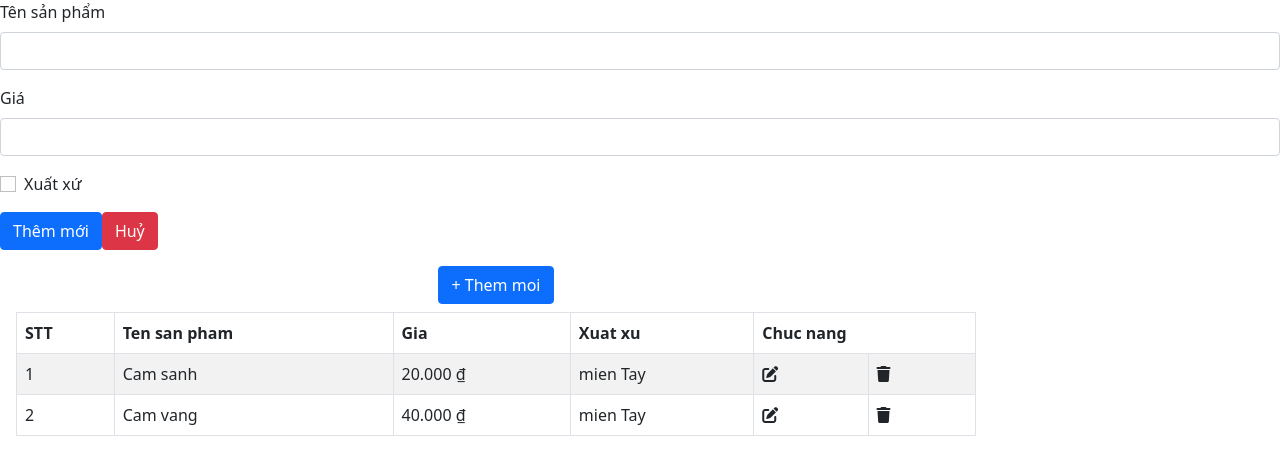
Repository: TinhTT336/MD02_Session12
Page: / (app in client/), after clicking the first element matching `button.btn`
An editor plug-in stored every save of this project. The page is shown before and after the next save, followed by the edit.
The browser window is 1280 px wide. The pictures show the whole page.
The project was rebuilt for these pictures with package versions that can differ from the ones it lists, and the page was loaded fresh each time. Requests to the local data server were answered from the project's data file. Also part of the build but not shown: client/vite.config.js, client/src/App.css, client/src/components/admin/manager-product/product.css, client/src/index.css.

Above is the page before, as saved 2023-09-11 14:00:07.

After the next save:
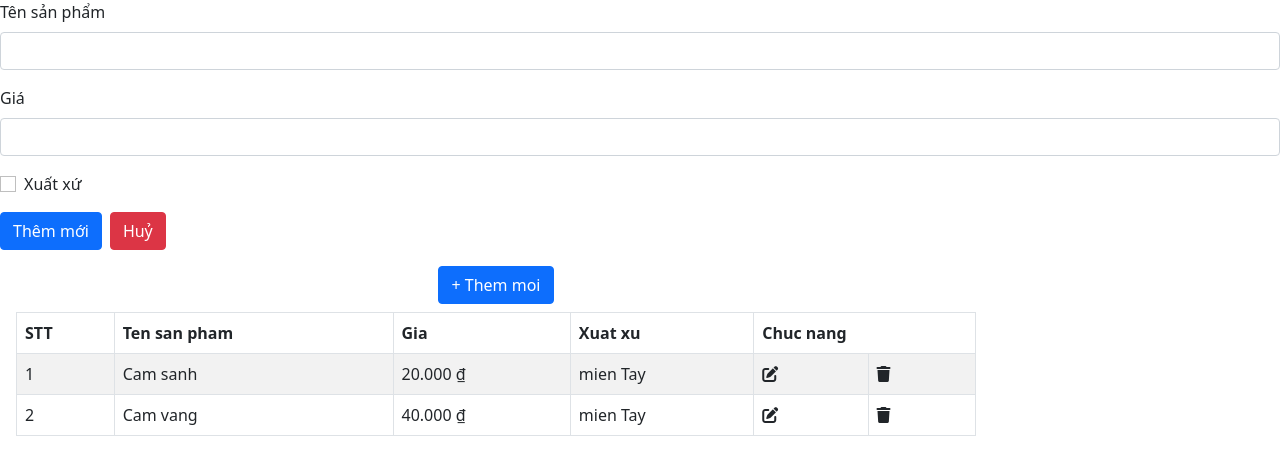
Saved 33 s later.
--- a/client/src/components/admin/manager-product/FormAdd.jsx
+++ b/client/src/components/admin/manager-product/FormAdd.jsx
@@ -24,7 +24,7 @@ export default function FormAdd() {
                             Xuất xứ
                         </label>
                     </div>
-                    <button type="submit" className="btn btn-primary">
+                    <button type="submit" className="btn btn-primary me-2">
                         Thêm mới
                     </button>
                     <button type="submit" className="btn btn-danger">
